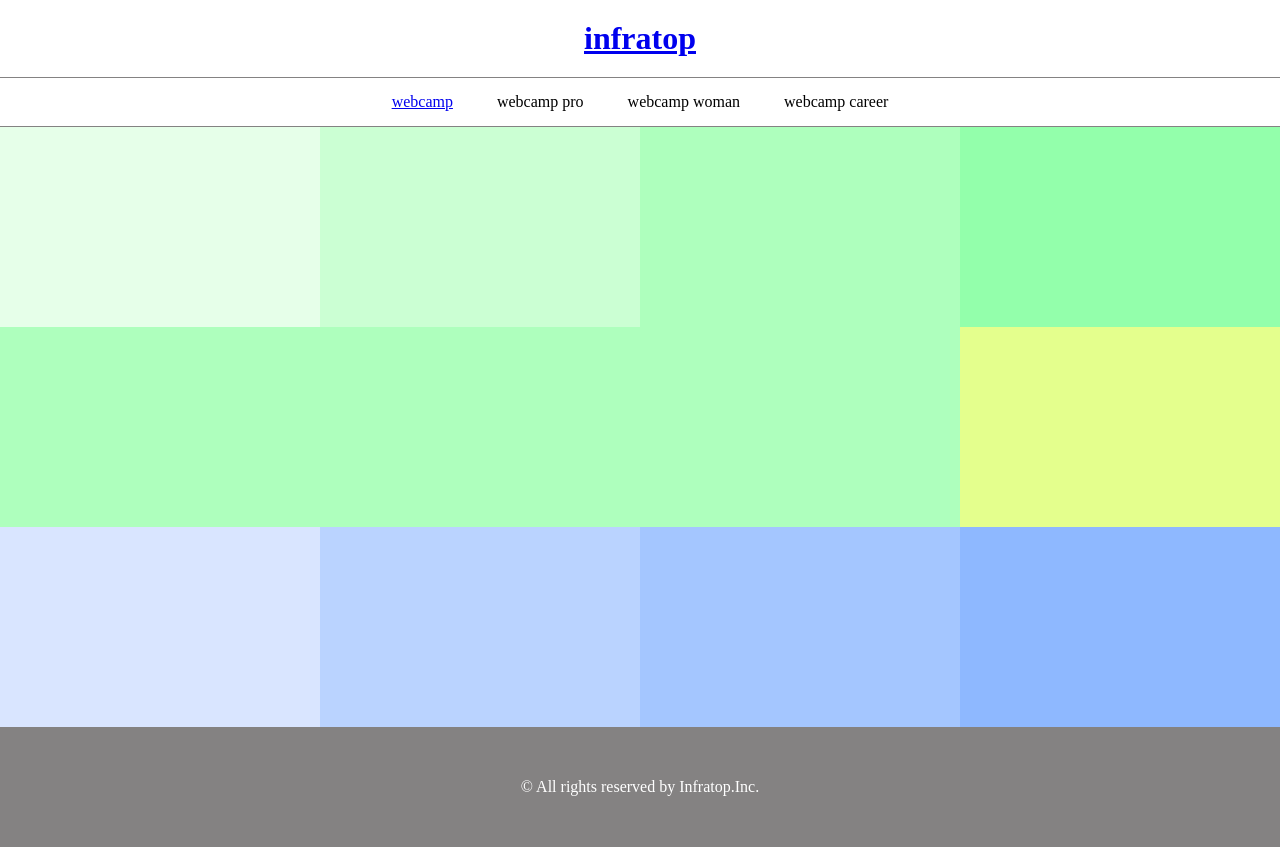
Repository: monami1021/DMM-WEBCAMP
Page: chapter5_exercise/chapter5_exercise.html
The author's editor kept a record of every edit. The page is drawn from the files as they stood at one moment, then again after the next edit.
The browser window is 1280 px wide. The pictures show the whole page.

Above is the page before.

After the next edit:
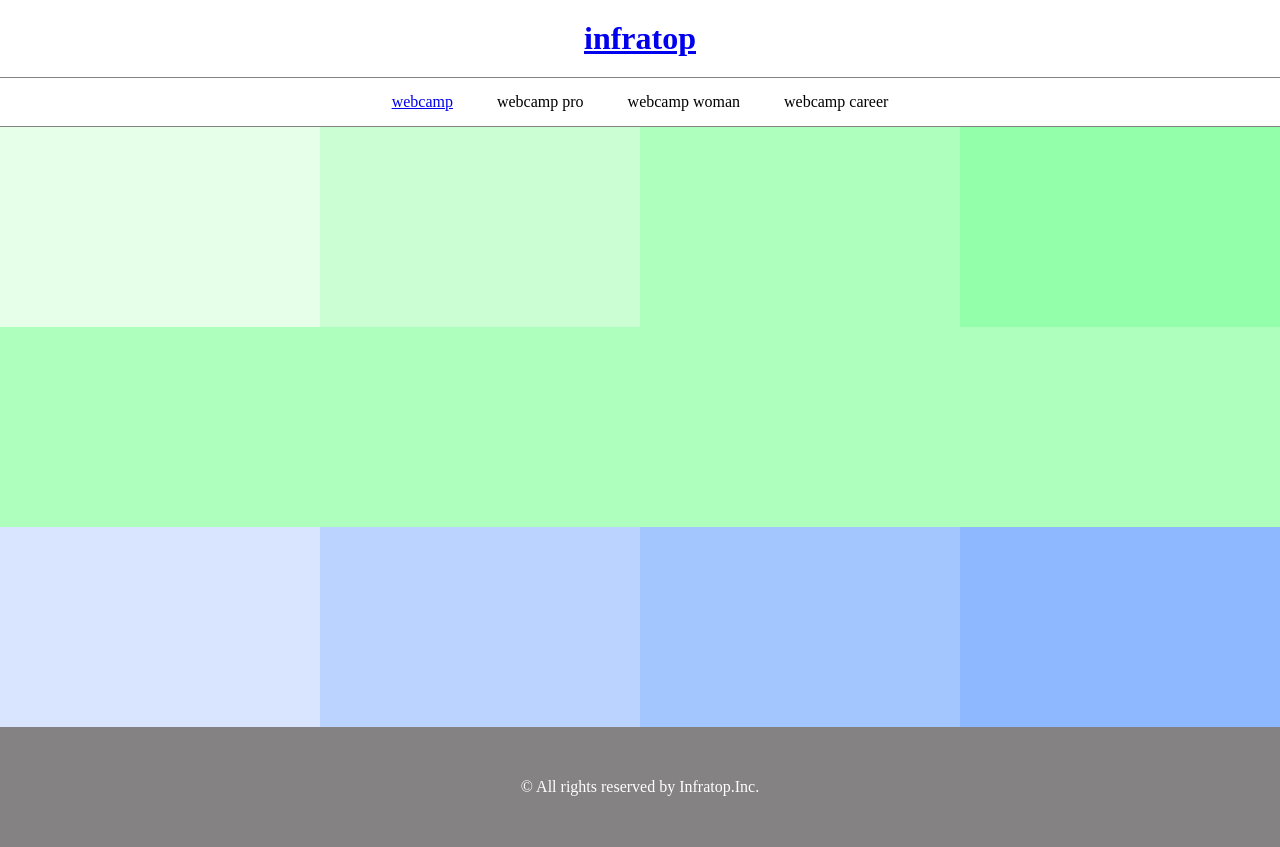
The edit:
--- a/chapter5_exercise/chapter5_exercise.html
+++ b/chapter5_exercise/chapter5_exercise.html
@@ -58,6 +58,9 @@
     .box7{
       background-color: #aeffbd;
     }
+    .box8{
+      background-color: #aeffbd;
+    }
 
   </style>
   <body>
